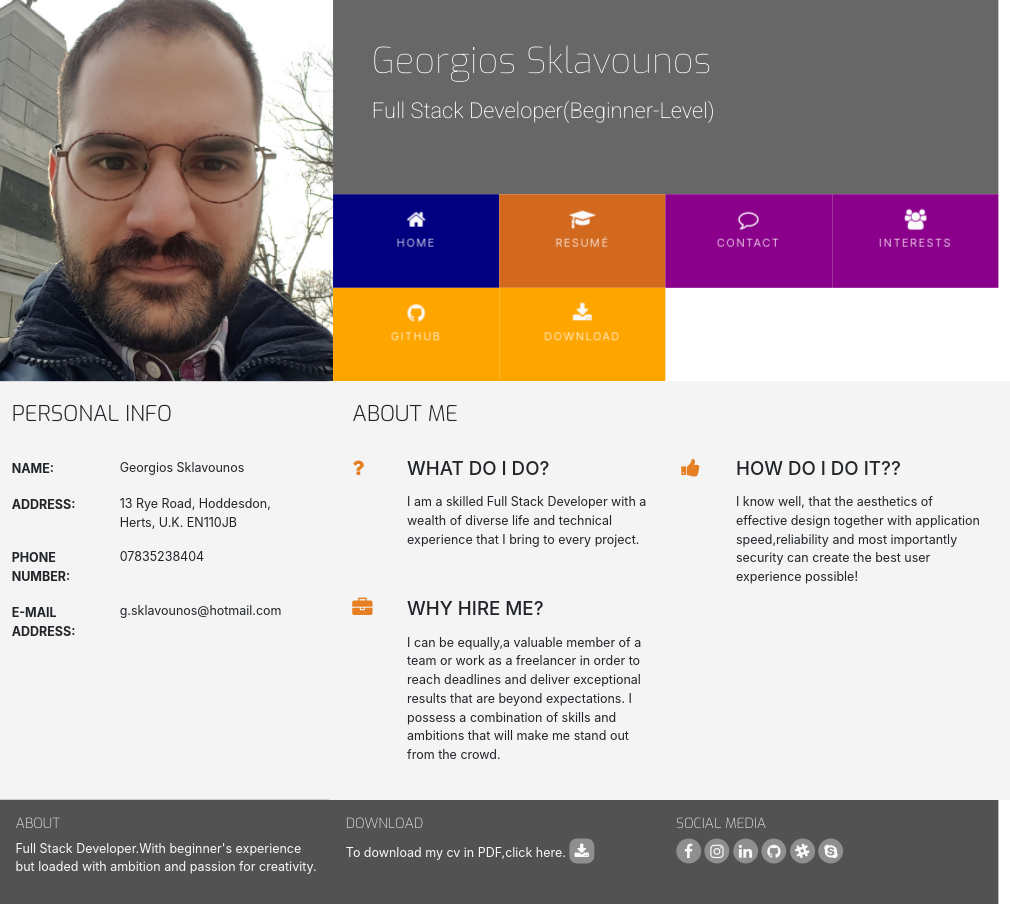
Repository: GeorgiosSklav/MyResume
Page: github.html
The author's editor kept a record of every edit. The page is drawn from the files as they stood at one moment, then again after the next edit.
The browser window is 1280 px wide. The page is 1295 px wide, so the pictures cover 1295 px, including what lies to the right of the window. The pictures show the whole page, at 78% of full size.

Above is the page before.

### github.html
<!DOCTYPE html>
<html lang="en">

<head>
    <meta charset="UTF-8">
    <meta name="viewport" content="width=device-width, initial-scale=1.0">
    <meta http-equiv="X-UA-Compatible" content="ie=edge">
    <link rel="stylesheet" href="https://stackpath.bootstrapcdn.com/bootstrap/4.3.1/css/bootstrap.min.css" type="text/css" />
    <link rel="stylesheet" href="https://stackpath.bootstrapcdn.com/font-awesome/4.7.0/css/font-awesome.min.css" type="text/css" />
    <link rel="stylesheet" href="assets/css/style.css" type="text/css" />
    <link rel="stylesheet" href="https://cdnjs.cloudflare.com/ajax/libs/hover.css/2.3.1/css/hover-min.css" type="text/css" />
    <title>Georgios Sklavounos resume</title>
</head>

<body>
    <header>
        <div class="row no-gutters">
            <a href="index.html" class="col-md-4 logo">

            </a>
            <div class="col-md-8">
                <div class="row no-gutters bg-color-name-title">
                    <div class="col heading">
                        <h1 class="name">Georgios Sklavounos</h1>
                        <h2 class="title">Full Stack Developer<span>(Beginner-Level)</span></h2>
                    </div>
                </div>
                <div class="row no-gutters">
                    <div class="col">
                        <ul id="nav" class="list-inline menucontainer">
                            <li class="col-6 col-sm-3 color-home list-inline-item menu-item">
                                <a href="index.html" class="hvr-sweep-to-right"><i class="fa fa-home" aria-hidden="true"></i><span>Home</span></a>
                            </li>
                            <li class="col-6 col-sm-3 color-resume list-inline-item menu-item">
                                <a href="resume.html" class="hvr-sweep-to-left"><i class="fa fa-graduation-cap" aria-hidden="true"></i><span>Resumé</span></a>
                            </li>
                            <li class="col-6 col-sm-3 color-contact list-inline-item menu-item">
                                <a href="contact.html" class="hvr-sweep-to-right"><i class="fa fa-comment-o" aria-hidden="true"></i><span>Contact</span></a>
                            </li>
                            <li class="col-6 col-sm-3 color-contact list-inline-item menu-item">
                                <a href="interests.html" class="hvr-sweep-to-left"><i class="fa fa-users" aria-hidden="true"></i><span>Interests</span></a>
                            </li>
                            <li class="col-6 col-sm-3 color-download list-inline-item menu-item">
                                <a href="github.html" class="hvr-sweep-to-right"><i class="fa fa-github" aria-hidden="true"></i><span>GitHub</span></a>
                            </li>
                            <li class="col-6 col-sm-3 color-download list-inline-item menu-item">
                                <a href="assets/cv/cv2019.pdf" target="_blank" class="hvr-sweep-to-left"><i class="fa fa-download" aria-hidden="true"></i><span>Download</span></a>
                            </li>
                        </ul>
                    </div>
                </div>
            </div>
        </div>
    </header>
    <div class="container-fluid">
        <div class="row">
            <div class="col-md-4 bg-color-personal-info section-column">
                <div class="row">
                    <div class="col-12">
                        <h3 class="section-heading uppercase">Personal Info</h3>
                    </div>
                </div>
                <div class="personal-info-item">
                    <div class="key">
                        <p class="uppercase">Name:</p>
                    </div>
                    <div class="value">
                        <p>Georgios Sklavounos</p>
                    </div>
                </div>
                <div class="personal-info-item">
                    <div class="key">
                        <p class="uppercase">Address:</p>
                    </div>
                    <div class="value">
                        <p>13 Rye Road, Hoddesdon, Herts, U.K. EN110JB</p>
                    </div>
                </div>
                <div class="personal-info-item">
                    <div class="key">
                        <p class="uppercase">Phone Number:</p>
                    </div>
                    <div class="value">
                        <p>07835238404</p>
                    </div>
                </div>
                <div class="personal-info-item">
                    <div class="key">
                        <p class="uppercase">E-mail address:</p>
                    </div>
                    <div class="value">
                        <p>g.sklavounos@hotmail.com</p>
                    </div>
                </div>
            </div>
            <div class="col-md-8 bg-color-three-reasons section-column">
                <div class="row">
                    <div class="col">
                        <h3 class="section-heading uppercase">About Me</h3>
                    </div>
                </div>
                <div class="row">
                    <div class="col-10 offset-1 offset-sm-0 col-sm-4 col-md-6">
                        <div class="row">
                            <div class="col-2">
                                <i class="three-reasons-icon fa fa-question" aria-hidden="true"></i>
                            </div>
                            <div class="col-10">
                                <h4 class="three-reason-heading uppercase">What do I do?</h4>
                                <p>I am a skilled Full Stack Developer with a wealth of diverse life and technical experience that I bring to every project.</p>
                            </div>
                        </div>
                    </div>
                    <div class="col-10 offset-1 offset-sm-0 col-sm-4 col-md-6">
                        <div class="row">
                            <div class="col-2">
                                <i class="three-reasons-icon fa fa-thumbs-up" aria-hidden="true"></i>
                            </div>
                            <div class="col-10">
                                <h4 class="three-reason-heading uppercase">How do I do it??</h4>
                                <p>I know well, that the aesthetics of effective design together with application speed,reliability and most importantly security can create the best user experience possible!</p>
                            </div>
                        </div>
                    </div>
                    <div class="col-10 offset-1 offset-sm-0 col-sm-4 col-md-6">
                        <div class="row">
                            <div class="col-2">
                                <i class="three-reasons-icon fa fa-briefcase" aria-hidden="true"></i>
                            </div>
                            <div class="col-10">
                                <h4 class="three-reason-heading uppercase">Why hire me?</h4>
                                <p>I can be equally,a valuable member of a team or work as a freelancer in order to reach deadlines and deliver exceptional results that are beyond expectations. I possess a combination of skills and ambitions that will make
                                    me stand out from the crowd.</p>
                            </div>
                        </div>
                    </div>
                </div>
            </div>
        </div>
    </div>
    <footer class="container-fluid">
        <div class="row" id="footer-details">
            <div class="col-sm-4">
                <h5 class="uppercase general-sub">About</h5>
                <p class="inline-block">
                    Full Stack Developer.With beginner's experience but loaded with ambition and passion for creativity.
                </p>
            </div>
            <div class="col-sm-4">
                <h5 class="uppercase general-sub">Download</h5>
                <p class="inline-block">
                    To download my cv in PDF,click here.
                    <a href="assets/cv/cv2019.pdf" target="_blank" class="cv-pdf">
                        <i class="fa fa-download" aria-hidden="true"></i>
                        <span class="sr-only">Download icon.</span>
                    </a>
                </p>
            </div>
            <div class="col-sm-4">
                <h5 class="uppercase general-sub">Social Media</h5>
                <ul class="list-inline social-links">
                    <li class="list-inline-item">
                        <a target="_blank" href="http://facebook.com/George.Sklavounos">
                            <i class="fa fa-facebook"></i>
                            <span class="sr-only">Facebook</span>
                        </a>
                    </li>
                    <li class="list-inline-item">
                        <a target="_blank" href="https://www.instagram.com/accounts/login/?next=%2Fgeorge.sklav%2F&source=follow">
                            <i class="fa fa-instagram"></i>
                            <span class="sr-only">Instagram</span>
                        </a>
                    </li>
                    <li class="list-inline-item">
                        <a target="_blank" href="https://www.linkedin.com/in/george-sklavounos/">
                            <i class="fa fa-linkedin"></i>
                            <span class="sr-only">Linked-In</span>
                        </a>
                    </li>
                    <li class="list-inline-item">
                        <a target="_blank" href="https://github.com/GeorgiosSklav">
                            <i class="fa fa-github"></i>
                            <span class="sr-only">GitHub</span>
                        </a>
                    </li>
                    <li class="list-inline-item">
                        <a target="_blank" href="https://app.slack.com/client/T0L30B202/DM2THR46Q/user_profile/ULRV111M0">
                            <i class="fa fa-slack"></i>
                            <span class="sr-only">Slack</span>
                        </a>
                    </li>
                    <li class="list-inline-item">
                        <a target="_blank" href="https://join.skype.com/invite/bTDV2cszpnzZ">
                            <i class="fa fa-skype"></i>
                            <span class="sr-only">Skype</span>
                        </a>
                    </li>
                </ul>
            </div>
        </div>
    </footer>
    <script>
        var APIkey = "AIzaSyA-ejaDjnJzEnBd-7lc8mtdZNx-r6aLuyM";
    </script>
</body>

</html>

### assets/css/style.css
@import url('https://fonts.googleapis.com/css?family=Roboto:100,200,300,400,500,600,700|Exo:100,200,300,400,500,600,700');



/*-------------------------colours*/

.bg-color-name-title {
    background-color: #676767;
}

.color-home {
    background-color: #000080;
}
.color-interests {
    background-color: #000080;
}
.color-github {
    background-color: #d2691e;
}

.color-resume {
    background-color: #d2691e;
}

.color-contact {
    background-color: #8b008b;
}

.color-download {
    background-color: #ffa500;
}

.bg-color-three-reasons {
    background-color: #f4f4f4;
}

.bg-color-personal-info {
    background-color: #f4f4f4;
}

.bg-color-work-history {
    background-color: #9b59b6;
}

.bg-color-contact {
    background-color: #fff;
}


/*---------------------------------Paddings,texts,etc*/

h1,
h2,
h3,
h4 {
    margin: 0;
}
h5 {
    text-transform: capitalize;
    font-size: large;
    font-weight: 200;
}

.uppercase {
    text-transform: uppercase;
}

.general-sub {
    font-family: "Exo", sans-serif;
    color: #fafafa;
}

.inline-block {
    display: inline-block;
}

.row-table {
    display: table;
}

.section-column {
    display: table-cell;
    padding: 0 30px 30px;
    float: none;
}

.history-heading,
.section-heading {
    font-family: "Exo", sans-serif;
    font-weight: 300;
    margin-top: 25px;
    margin-bottom: 40px;
}

/*----------------------Container-fluid*/

.container-fluid {
    width: 100%;
    padding: 0;
    padding-bottom: 0;
    margin-right: auto;
    margin-left: auto;
}

/*----------------------heading*/

header {
    margin: 0;
}

.heading {
    margin-left: 50px;
}

.logo {
    background: url("../images/pic2.jpg");
    background-position: center;
    background-repeat: no-repeat;
    background-size: cover;
    min-height: 360px;
    transition: all 0.5s ease-in-out;
    -moz-transition: all 0.5s ease-in-out;
    -webkit-transition: all 0.5s ease-in-out;

}

.name {
    font-family: "Exo", sans-serif;
    font-weight: 100;
    font-size: 46px;
    margin-top: 50px;
    color: #fff;
}

.title {
    font-family: "Roboto", sans-serif;
    font-weight: 200;
    font-size: 28px;
    margin-top: 20px;
    margin-bottom: 90px;
    color: #fff;
}

.list-inline-item:not(:last-child) {
    margin: 0;
}

.menucontainer {
    font-size: 0;
}

#nav {
    margin: 0;
}

#nav li {
    font-size: 14px;
    padding: 0;
}

.menu-item {
    height: 120px;
    text-align: center;
    padding: 0;
}

.menu-item a {
    width: 100%;
    text-decoration: none;
    color: #fff;
    height: 120px;
}

.menu-item a i {
    padding-top: 20px;
    display: block;
    color: #fafafa;
    font-size: 26px;
}

.menu-item span {
    display: block;
    width: 100%;
    padding-top: 5px;
    text-align: center;
    text-transform: uppercase;
    font-size: 14px;
    font-weight: 300;
    letter-spacing: 2px;
}

/*--------------------------hover style*/

.hvr-sweep-to-right:before {
    background: rgb(0, 0, 0);
    height: 120px;
}

.hvr-sweep-to-left:before {
    background: rgba(0, 0, 0, 0.2);
    height: 120px;
}

/*---------------------------------footer*/

footer {
    background-color: #525252;
    color: #fafafa;
    min-height: 120px;
    margin: 0;
}

.social-links i {
    width: 32px;
    height: 32px;
    padding: 12px 0;
    border-radius: 50%;
    font-size: 20px;
    line-height: 10px;
    text-align: center;
    color: #fafafa;
    background: #8f8f8f;
    transition: all 0.35s ease-in-out;
    -moz-transition: all 0.35s ease-in-out;
    -o-transition: all 0.35s ease-in-out;
    -webkit-transition: all 0.35s ease-in-out;

}

.cv-pdf i {
    /*font-size: 19px;
    text-align: center;
    color: #fafafa;
    padding-left: 5px;
    transition: all 0.35s ease-in-out;
    -moz-transition: all 0.35s ease-in-out;
    -o-transition: all 0.35s ease-in-out;
    -webkit-transition: all 0.35s ease-in-out;*/
    width: 32px;
    height: 32px;
    padding: 12px 0;
    border-radius: 30%;
    font-size: 20px;
    line-height: 10px;
    text-align: center;
    color: #fafafa;
    background: #8f8f8f;
    transition: all 0.35s ease-in-out;
    -moz-transition: all 0.35s ease-in-out;
    -o-transition: all 0.35s ease-in-out;
    -webkit-transition: all 0.35s ease-in-out;


}

.cv-pdf i:hover {
    color: #e84610;
}

.social-links i:hover {
    color: #8f8f8f;
    background: #e84610;
}

#footer-details {
    padding: 20px;
}

/*----------------------three-reasons*/

.three-reasons-icon {
    font-size: 26px;
    color: #e67e22;
}

.three-reason-heading {
    margin-bottom: 15px;
}

/*----------------------personal-info*/

.personal-info-item {
    margin-bottom: 20px;
    display: block;
    clear: both;
}

.personal-info-item .key,
.personal-info-item .value {
    padding-right: 8px;
    display: inline-block;
}

.personal-info-item .key p,
.personal-info-item .value p {
    margin: 0;
}

.personal-info-item .key {
    width: 30%;
    margin-right: 21px;
    padding-top: 2px;
    vertical-align: top;
}

.personal-info-item .key p {
    font-weight: 700;
}

.personal-info-item .value {
    width: 60%;
    position: relative;
}

/*----------------------skills*/

.progress {
    position: relative;
    height: 25px;
    margin-bottom: 4px;
}

.progress-type {
    position: absolute;
    left: 0;
    font-weight: 400;
    padding: 3px 30px 3px 10px;
    color: #fafafa;
    background-color: rgba(25, 25, 25, 0.2);
}

.progress-section {
    margin: 35px 5px 30px 7px;
}

/*----------------------history-heading*/

.history-heading {
    color: #fafafa;
    margin-bottom: 50px;
}

.timeline-item {
    padding: 4em 3em 0em 2em;
    position: relative;
    color: #fafafa;
    border-left: solid 1px;
}

.timeline-item p {
    padding: 0;
    margin: 0;
}

.timeline-item:before {
    content: attr(data-dates);
    position: absolute;
    left: 2.5em;
    top: 3em;
    display: block;
    font-family: "Exo", sans-serif;
    font-weight: 500;
    font-size: 0.8em;
    padding: 0;
    margin: 0;
}

.timeline-item:after {
    width: 12px;
    height: 12px;
    display: block;
    top: 2.4em;
    position: absolute;
    left: -6px;
    border-radius: 50%;
    content: '';
    background-color: #fafafa;
}

.history-items {
    margin-bottom: 30px;
}

/*---------------------------------Contact-form*/

.contact-heading {
    font-family: "Exo", sans-serif;
    font-weight: 300;
    margin-top: 25px;
    margin-bottom: 20px;
}

.center-form {
    padding-top: 10px;
    margin: 0 auto;
    max-width: 70%;
}

button[type="submit"] {
    margin-bottom: 20px;
    margin-top: 13px;
    color: #fff;
    background-color: #1e90ff;
}

/*---------------------------------Media queries for PC*/

@media(min-width: 992px) {
    .center-form {
        padding-top: 30px;
        min-height: 240px;
        margin: 0 auto;
        max-width: 50%;
    }
}

After the next edit:
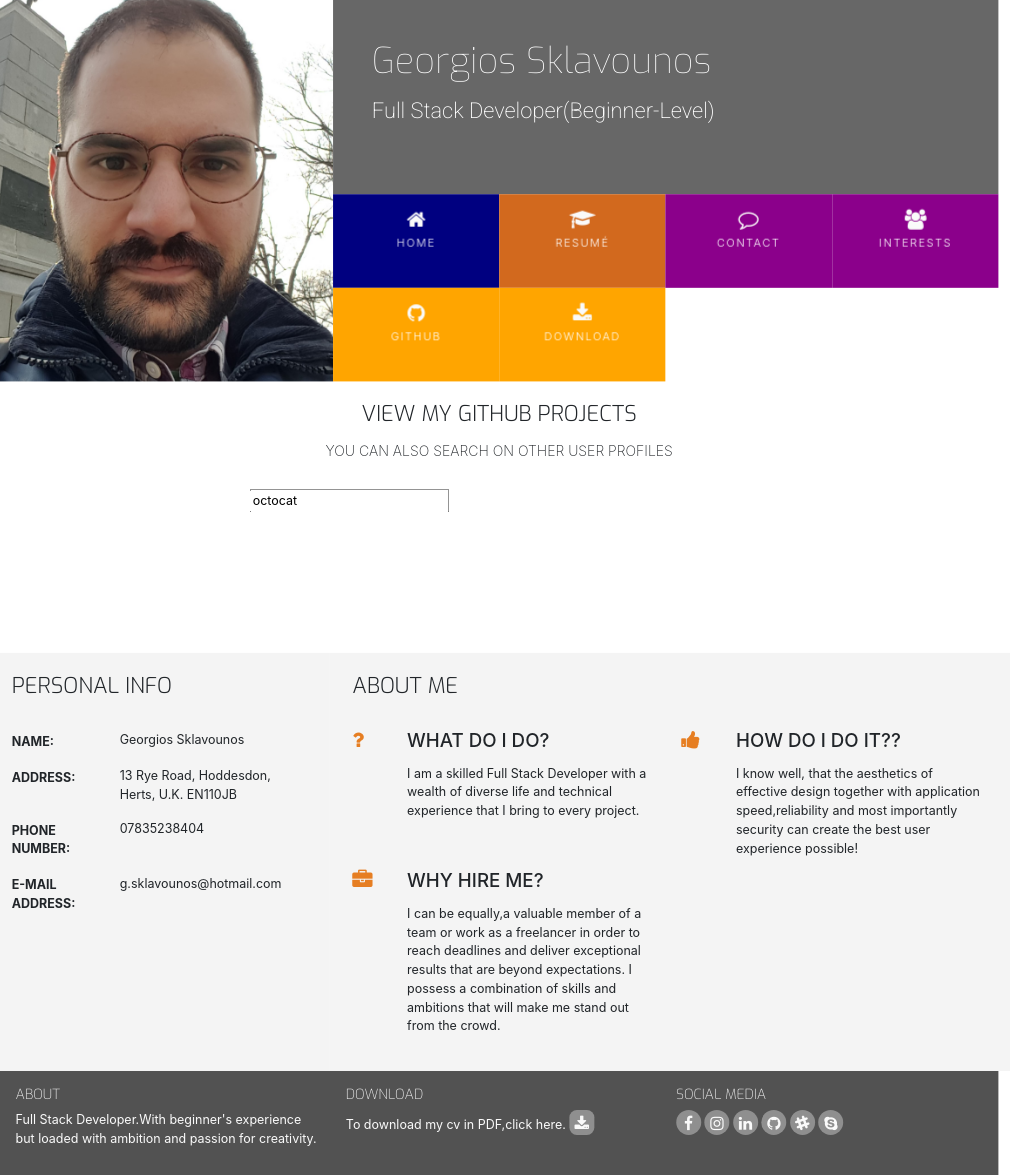
The edit:
--- a/github.html
+++ b/github.html
@@ -52,6 +52,23 @@
             </div>
         </div>
     </header>
+      <section class="container-fluid">
+        <div class="row bg-color-contact">
+            <div class="col">
+                <h3 class="contact-heading uppercase text-center">View My GitHub Projects</h3>
+                <h5 class="uppercase text-center">You can also search on other user profiles</h5>
+
+                <div class="center-form">
+                    <input type="text" id="gh-username" value="octocat" oninput="fetchGitHubInformation()" />
+                    <div id="gh-user-data"></div>
+                    <div id="gh-repo-data"></div>
+
+                </div>
+
+            </div>
+        </div>
+    </section>
+
     <div class="container-fluid">
         <div class="row">
             <div class="col-md-4 bg-color-personal-info section-column">
